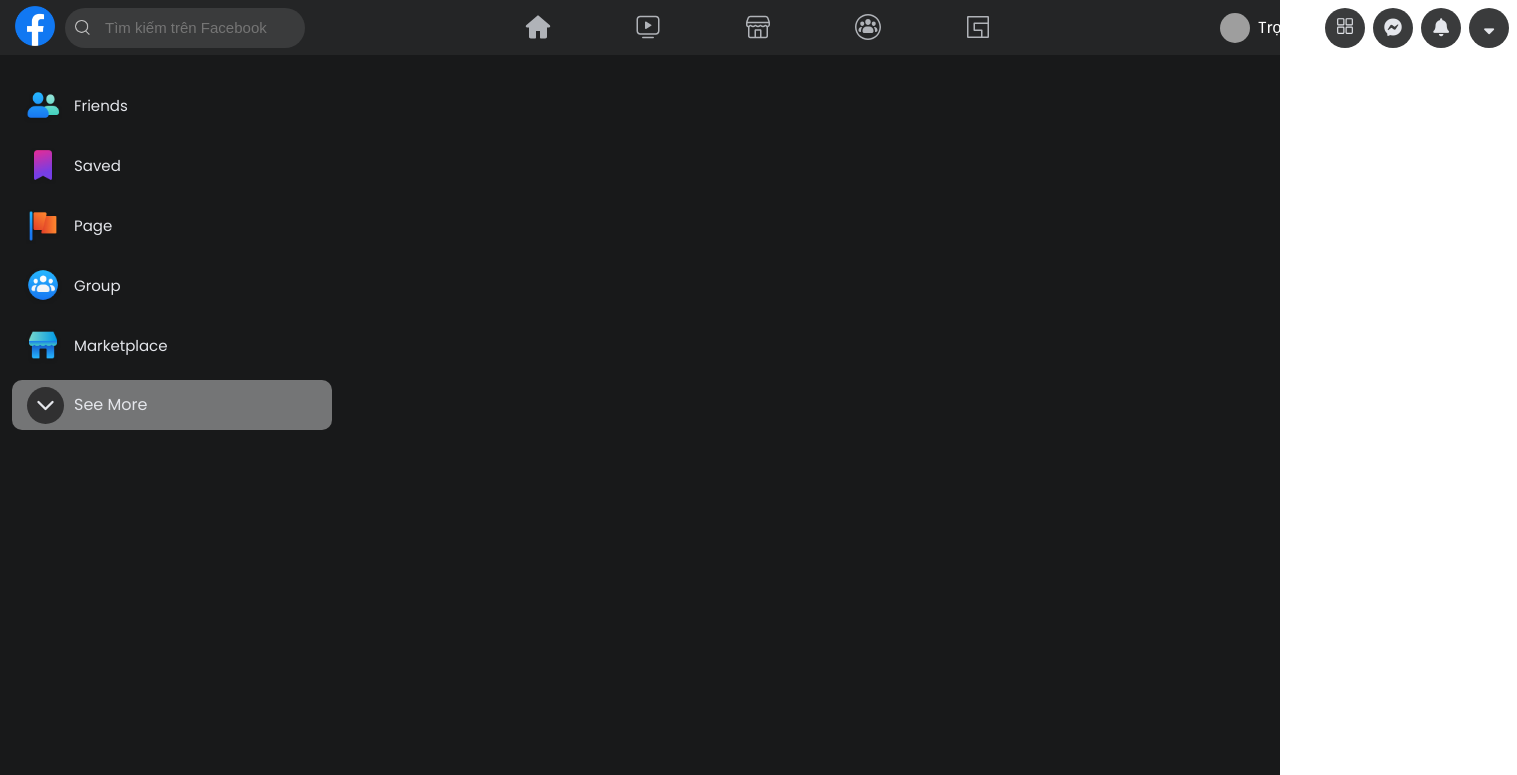
Repository: vanntrong/facebook-clone
Page: index.html
The author's editor kept a copy of each file at every save. The page is drawn from the files as they stood at one save, then again after the next save.
The browser window is 1280 px wide. The page is 1517 px wide, so the pictures cover 1517 px, including what lies to the right of the window. The pictures show the whole page.
The pointer rests on the first visible `.sidebar-see-more`.
Pictures or frames that could not be fetched are drawn as grey boxes.

Above is the page before, as saved 2021-09-08 18:57:43.

After the next save:
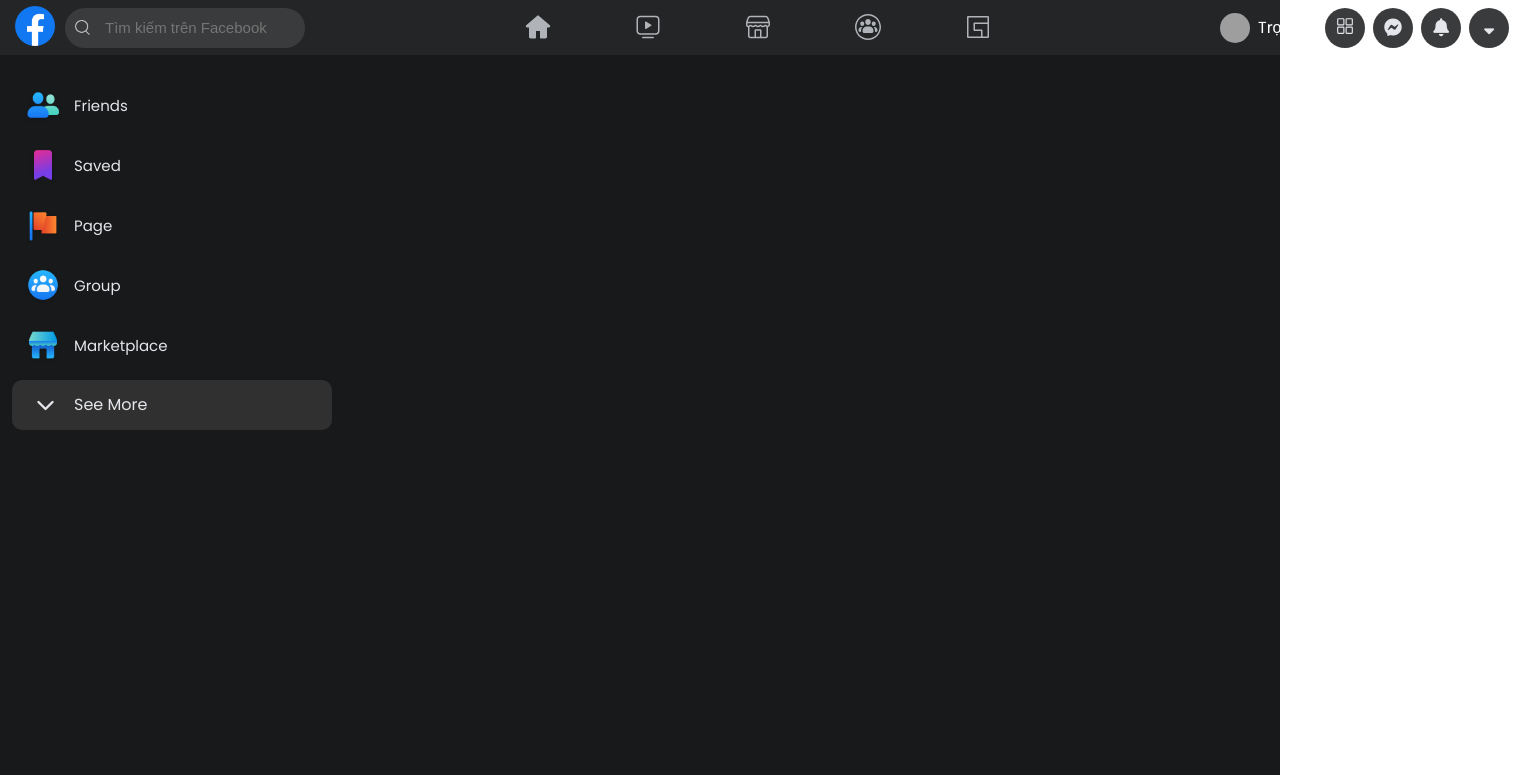
Saved 5 s later.
--- a/assets/css/style.css
+++ b/assets/css/style.css
@@ -208,7 +208,7 @@
 }
 
 .sidebar-see-more:hover {
-  background-color: rgba(255, 255, 255, 0.4);
+  background-color: rgba(255, 255, 255, 0.1);
   border-radius: 10px;
   cursor: pointer;
 }
